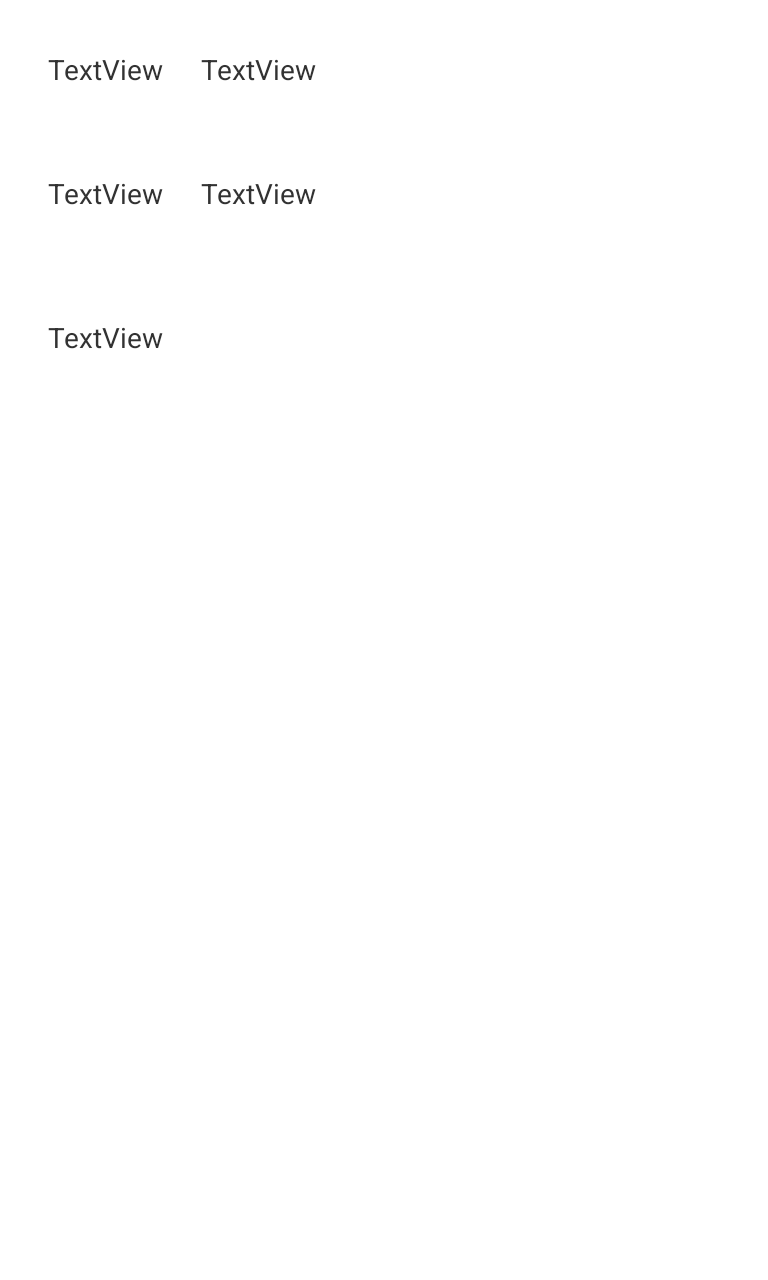
Repository: suzauddola/Android_Apps
Layout: Source/bundle/bandle/res/layout/show.xml
These files come from the project's save history. The layout is drawn as it stood at one moment and after the next save; the edit follows.
It is drawn on a 768 x 1280 px phone screen (xhdpi) without system bars, with theme AppTheme; the app's code is not run.

Above is the layout before, as saved 2013-09-05 02:24:02.

### Source/bundle/bandle/res/layout/show.xml
<?xml version="1.0" encoding="utf-8"?>
<RelativeLayout xmlns:android="http://schemas.android.com/apk/res/android"
    android:layout_width="match_parent"
    android:layout_height="match_parent" >

    <TextView
        android:id="@+id/firsttext"
        android:layout_width="wrap_content"
        android:layout_height="wrap_content"
        android:layout_alignParentLeft="true"
        android:layout_alignParentTop="true"
        android:layout_marginLeft="24dp"
        android:layout_marginTop="25dp"
        android:text="TextView" />

    <TextView
        android:id="@+id/secoundtext"
        android:layout_width="wrap_content"
        android:layout_height="wrap_content"
        android:layout_alignBaseline="@+id/firsttext"
        android:layout_alignBottom="@+id/firsttext"
        android:layout_marginLeft="19dp"
        android:layout_toRightOf="@+id/firsttext"
        android:text="TextView" />

    <TextView
        android:id="@+id/Thirdtext"
        android:layout_width="wrap_content"
        android:layout_height="wrap_content"
        android:layout_alignLeft="@+id/firsttext"
        android:layout_below="@+id/firsttext"
        android:layout_marginTop="43dp"
        android:text="TextView" />

    <TextView
        android:id="@+id/fourthtext"
        android:layout_width="wrap_content"
        android:layout_height="wrap_content"
        android:layout_alignBottom="@+id/Thirdtext"
        android:layout_alignLeft="@+id/secoundtext"
        android:text="TextView" />

    <TextView
        android:id="@+id/fifthtext"
        android:layout_width="wrap_content"
        android:layout_height="wrap_content"
        android:layout_alignLeft="@+id/Thirdtext"
        android:layout_below="@+id/Thirdtext"
        android:layout_marginTop="53dp"
        android:text="TextView" />

</RelativeLayout>

Loaded but not shown: Source/bundle/bandle/res/values/styles.xml (common file); Source/bundle/bandle/res/values-v11/styles.xml (common file); Source/bundle/bandle/res/values-v14/styles.xml (common file)

After the next save:
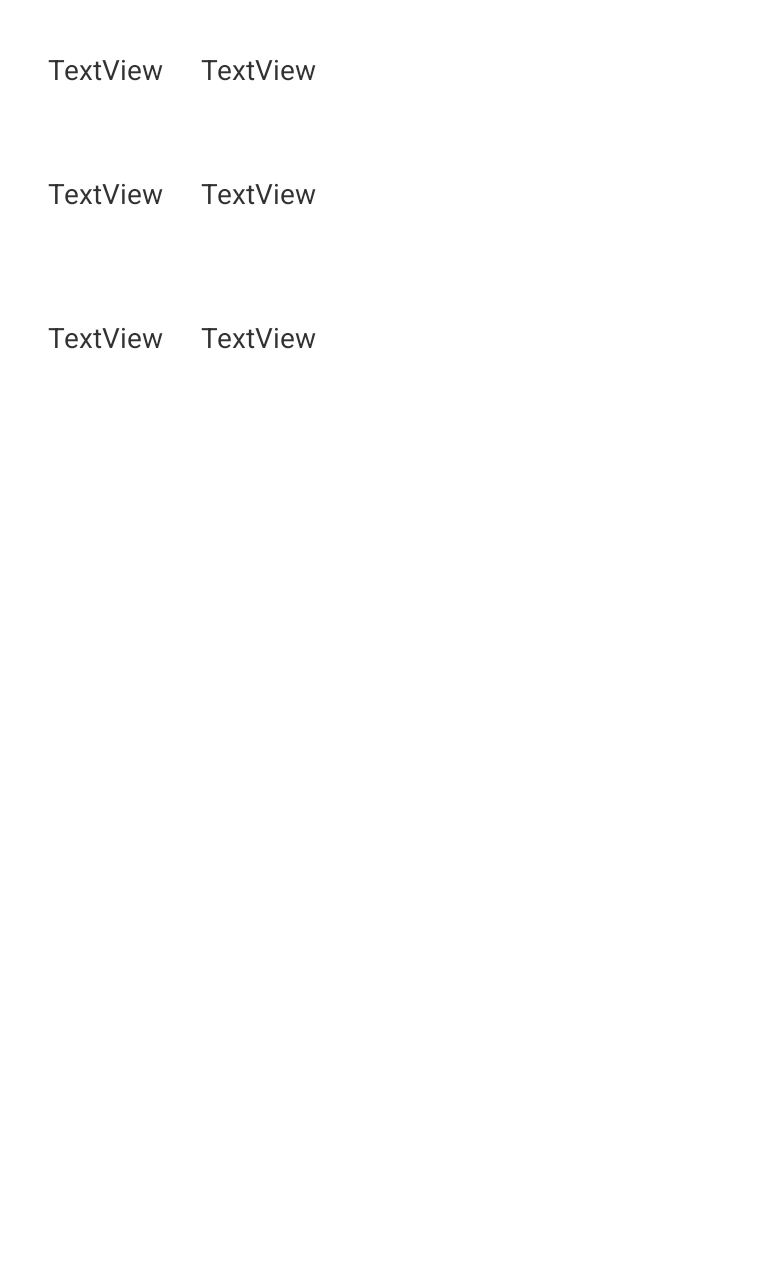
Saved 17 s later.
--- a/Source/bundle/bandle/res/layout/show.xml
+++ b/Source/bundle/bandle/res/layout/show.xml
@@ -49,4 +49,13 @@
         android:layout_marginTop="53dp"
         android:text="TextView" />
 
+    <TextView
+        android:id="@+id/sixthtext"
+        android:layout_width="wrap_content"
+        android:layout_height="wrap_content"
+        android:layout_alignBaseline="@+id/fifthtext"
+        android:layout_alignBottom="@+id/fifthtext"
+        android:layout_alignLeft="@+id/fourthtext"
+        android:text="TextView" />
+
 </RelativeLayout>
